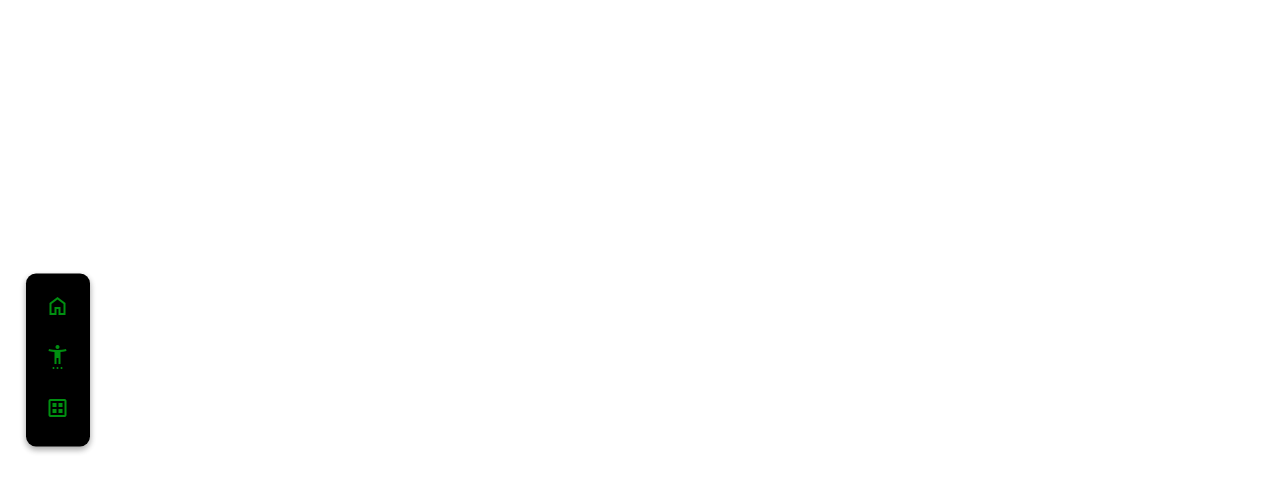
Repository: tuankiet10920/homeworkFEF
Page: /about
The author's editor kept a copy of each file at every save. The page is drawn from the files as they stood at one save, then again after the next save.
The browser window is 1280 px wide. The pictures show the whole page.
The project was rebuilt for these pictures with package versions that can differ from the ones it lists, and the page was loaded fresh each time. Also part of the build but not shown: vite.config.js, src/views/HomeView.vue. Imported but missing from the stored project, and not drawn on this page: src/assets/audio/intro.mp3.

Above is the page before, as saved 2024-10-25 11:41:10.

After the next save:
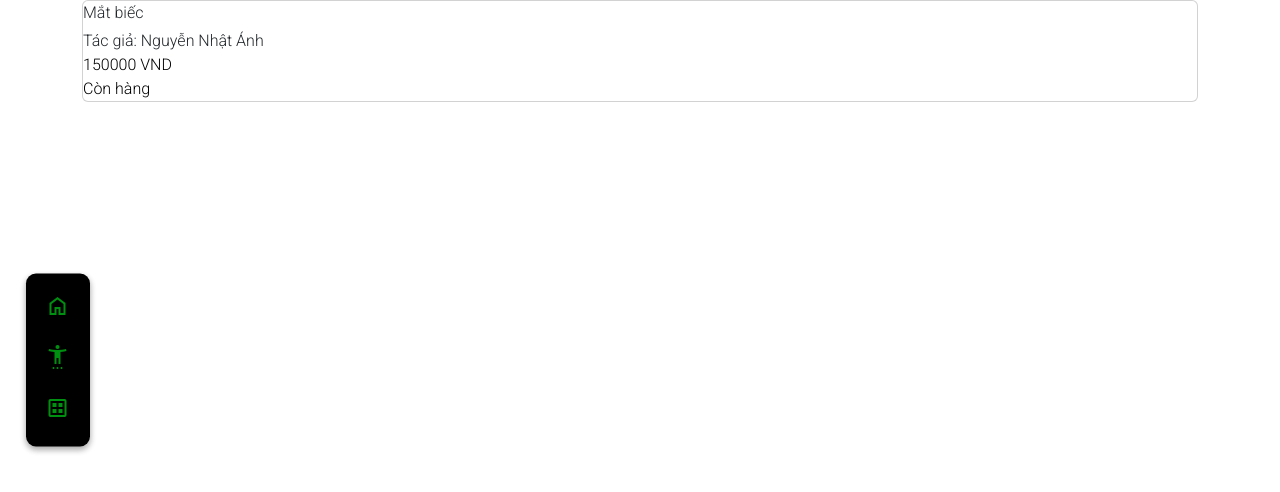
Saved 2 min 37 s later.
--- a/src/Labs/Lab5/Bai1.vue
+++ b/src/Labs/Lab5/Bai1.vue
@@ -1,5 +1,12 @@
-<script setup></script>
+<script setup>
+import Bai1Lab5 from '../../components/Bai1Lab5.vue'
+</script>
 <template>
-  <div></div>
+  <Bai1Lab5
+    title="Mắt biếc"
+    author="Nguyễn Nhật Ánh"
+    :price="150000"
+    :inStock="true"
+  />
 </template>
 <style scoped></style>
